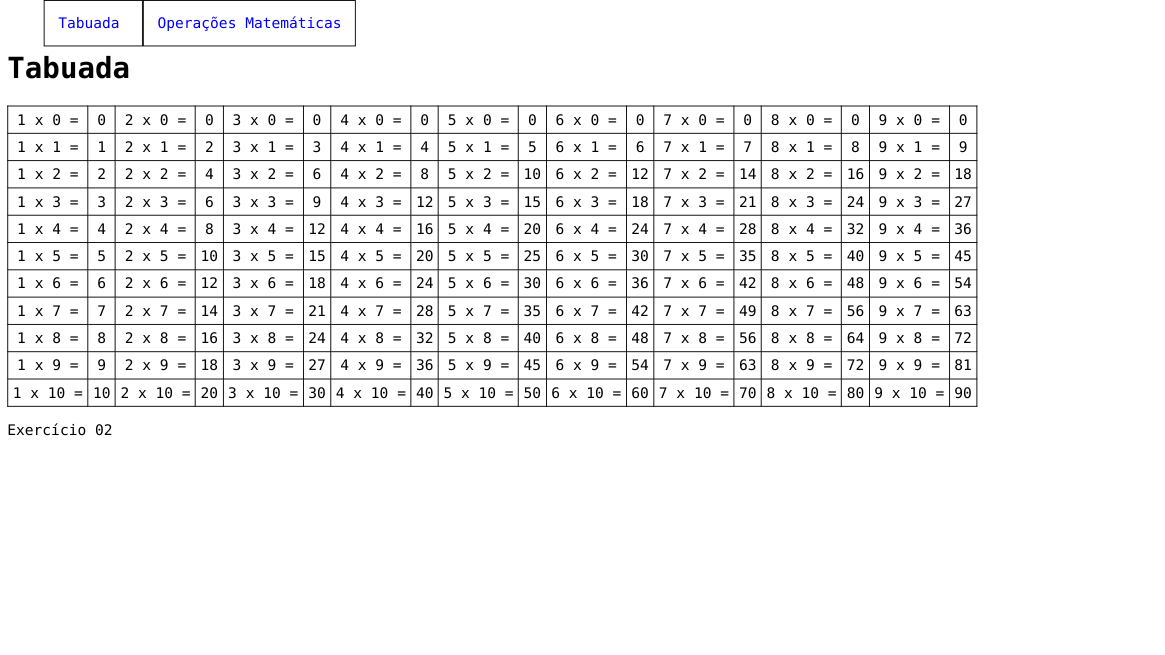
Repository: JulioCesarSF/Java
Page: http://localhost/Exercicio_02-JSPs/tabuada.jsp
An editor plug-in stored every save of this project. The page is shown before and after the next save, followed by the edit.
The browser window is 1280 px wide. The pictures show the whole page, at 91% of full size.
The page is served by Tomcat 9.

Above is the page before, as saved 2016-08-17 18:51:22.

After the next save:
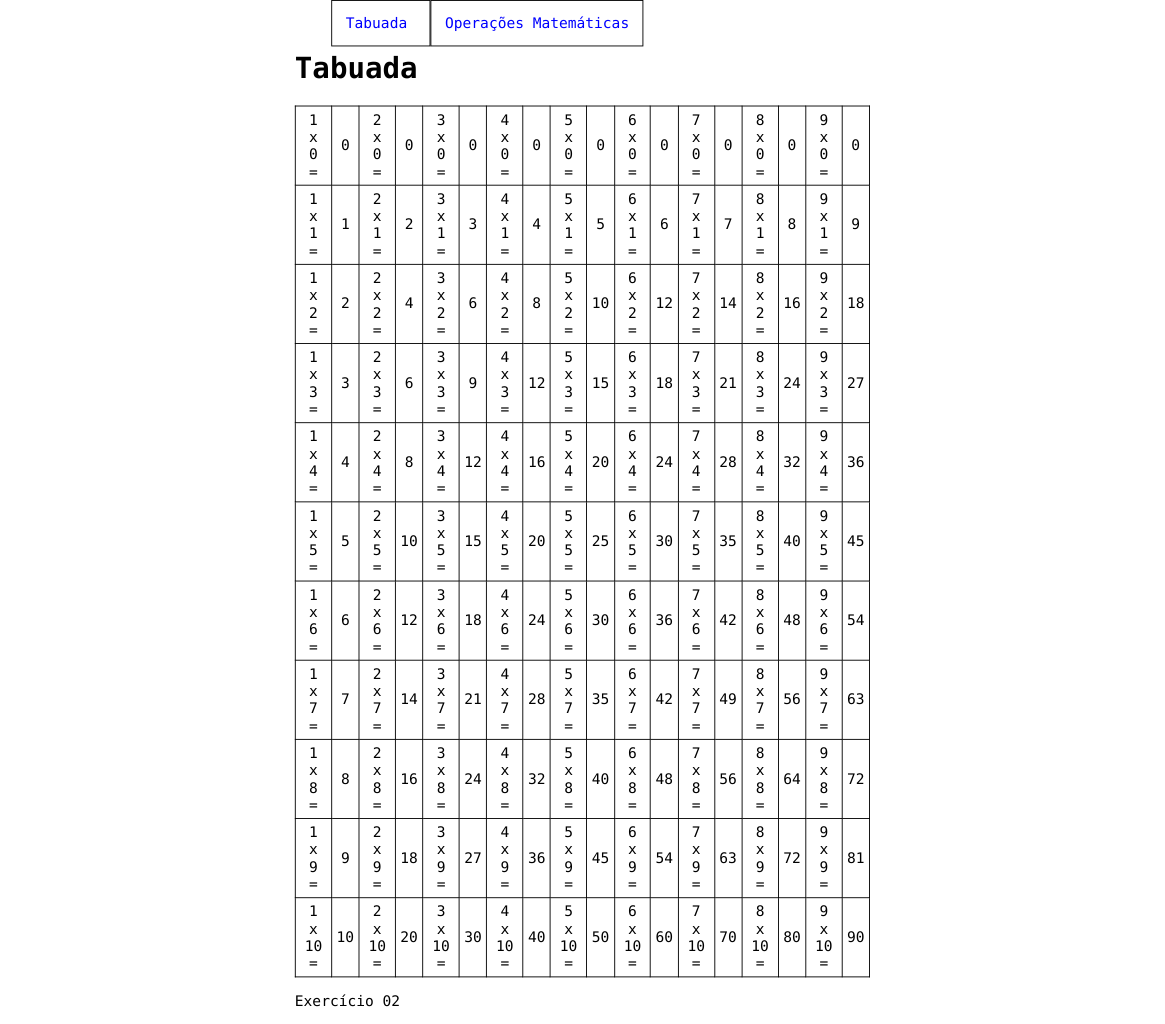
Saved 24 s later.
--- a/ProjetosFaculdade/Thiago/Exercicio_02-JSPs/WebContent/tabuada.jsp
+++ b/ProjetosFaculdade/Thiago/Exercicio_02-JSPs/WebContent/tabuada.jsp
@@ -11,66 +11,68 @@
 </head>
 <body>
 
-<%@ include file="topo.jsp" %>
+	<div class="container">
 
-	<div>
-		<h1>Tabuada</h1>
+		<%@ include file="topo.jsp"%>
+
+		<div>
+			<h1>Tabuada</h1>
+		</div>
+
+		<table>
+
+			<%
+				int n = 1;
+				for (int i = 0; i < 11; i++) {
+					System.out.println(n + " x " + i + " = " + (n * i));
+			%>
+
+			<tr>
+				<td><%=n%> x <%=i%> =</td>
+				<td><%=n * i%> <%
+ 	n++;
+ %>
+				<td><%=n%> x <%=i%> =</td>
+				<td><%=n * i%> <%
+ 	n++;
+ %>
+				<td><%=n%> x <%=i%> =</td>
+				<td><%=n * i%> <%
+ 	n++;
+ %>
+				<td><%=n%> x <%=i%> =</td>
+				<td><%=n * i%> <%
+ 	n++;
+ %>
+				<td><%=n%> x <%=i%> =</td>
+				<td><%=n * i%> <%
+ 	n++;
+ %>
+				<td><%=n%> x <%=i%> =</td>
+				<td><%=n * i%> <%
+ 	n++;
+ %>
+				<td><%=n%> x <%=i%> =</td>
+				<td><%=n * i%> <%
+ 	n++;
+ %>
+				<td><%=n%> x <%=i%> =</td>
+				<td><%=n * i%> <%
+ 	n++;
+ %>
+				<td><%=n%> x <%=i%> =</td>
+				<td><%=n * i%>
+			</tr>
+
+			<%
+				n = 1;
+				}
+			%>
+
+		</table>
+
+		<%@ include file="rodape.jsp"%>
 	</div>
-
-	<table>
-
-		<%
-			int n = 1;
-			for (int i = 0; i < 11; i++) {
-				System.out.println(n + " x " + i + " = " + (n*i));
-		%>
-
-		<tr>
-			<td><%=n%> x <%=i%> =</td>
-			<td><%=n*i%>
-
-			<% n++; %>
-			<td><%=n%> x <%=i%> =</td>
-			<td><%=n*i%>
-
-			<% n++; %>
-			<td><%=n%> x <%=i%> =</td>
-			<td><%=n*i%>
-
-			<% n++; %>
-			<td><%=n%> x <%=i%> =</td>
-			<td><%=n*i%>
-
-			<% n++; %>
-			<td><%=n%> x <%=i%> =</td>
-			<td><%=n*i%>
-
-			<% n++; %>
-			<td><%=n%> x <%=i%> =</td>
-			<td><%=n*i%>
-
-			<% n++; %>
-			<td><%=n%> x <%=i%> =</td>
-			<td><%=n*i%>
-
-			<% n++; %>
-			<td><%=n%> x <%=i%> =</td>
-			<td><%=n*i%>
-
-			<% n++; %>
-			<td><%=n%> x <%=i%> =</td>
-			<td><%=n*i%>
-
-		</tr>
-
-		<%
-			n = 1;
-			}
-		%>
-
-	</table>
-
-	<%@ include file="rodape.jsp" %>
 
 </body>
 </html>
